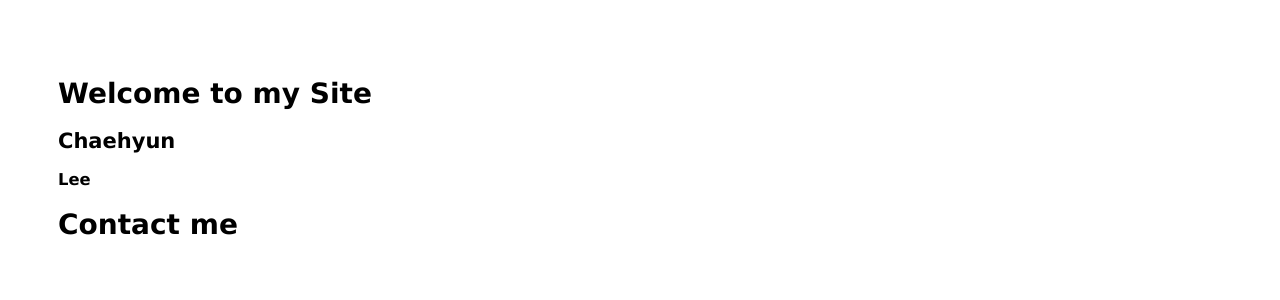
Repository: AndyLeeJP/COMP229Assignment2
Page: http://localhost/
These files come from the project's save history. The page is drawn as it stood at one moment and after the next save; the edit follows.
The browser window is 1280 px wide. The pictures show the whole page.
The page is served by the project's Node server (server.js).

Above is the page before, as saved 2021-06-02 21:51:07.

### views/index.ejs
<!DOCTYPE html>
<html>
  <head>
    <title><%= title %></title>
    <link rel='stylesheet' href='/stylesheets/style.css' />
  </head>
  <body>
    <header>
      <%- include("components/header.ejs"); %>
    </header>

    <main>
      <%- include("content/" + page + ".ejs"); %>
    </main>

    <footer>
      <%- include("components/footer.ejs"); %>
    </footer>
  </body>
</html>

### views/components/header.ejs
<h1>Welcome to my Site</h1>

### views/content/home.ejs

<h2>Chaehyun</h2>
<h3>Lee</h3>

### views/components/footer.ejs
<h1>Contact me</h1>

### server.js
/**
 * Module dependencies.
 */

var app = require('./app');
var debug = require('debug')('comp229assignment1:server');
var http = require('http');

/**
 * Get port from environment and store in Express.
 */

var port = normalizePort(process.env.PORT || '3000');
app.set('port', port);

/**
 * Create HTTP server.
 */

var server = http.createServer(app);

/**
 * Listen on provided port, on all network interfaces.
 */

server.listen(port);
server.on('error', onError);
server.on('listening', onListening);

/**
 * Normalize a port into a number, string, or false.
 */

function normalizePort(val) {
  var port = parseInt(val, 10);

  if (isNaN(port)) {
    // named pipe
    return val;
  }

  if (port >= 0) {
    // port number
    return port;
  }

  return false;
}

/**
 * Event listener for HTTP server "error" event.
 */

function onError(error) {
  if (error.syscall !== 'listen') {
    throw error;
  }

  var bind = typeof port === 'string'
    ? 'Pipe ' + port
    : 'Port ' + port;

  // handle specific listen errors with friendly messages
  switch (error.code) {
    case 'EACCES':
      console.error(bind + ' requires elevated privileges');
      process.exit(1);
      break;
    case 'EADDRINUSE':
      console.error(bind + ' is already in use');
      process.exit(1);
      break;
    default:
      throw error;
  }
}

/**
 * Event listener for HTTP server "listening" event.
 */

function onListening() {
  var addr = server.address();
  var bind = typeof addr === 'string'
    ? 'pipe ' + addr
    : 'port ' + addr.port;
  debug('Listening on ' + bind);
}

### routes/index.js
var express = require('express');
var router = express.Router();

/* GET home page. */
router.get('/', function(req, res, next) {
  res.render('index', { title: 'Express', page: 'home' });
});

router.get('/about', function(req, res, next) {
  res.render('index', { title: 'About Me', page: 'about' });
});

module.exports = router;

### app.js
var createError = require('http-errors');
var express = require('express');
var path = require('path');
var cookieParser = require('cookie-parser');
var logger = require('morgan');

var indexRouter = require('./routes/index');

var app = express();

// view engine setup
app.set('views', path.join(__dirname, 'views'));
app.set('view engine', 'ejs');

app.use(logger('dev'));
app.use(express.json());
app.use(express.urlencoded({ extended: false }));
app.use(cookieParser());
app.use(express.static(path.join(__dirname, 'public')));

app.use('/', indexRouter);

// catch 404 and forward to error handler
app.use(function(req, res, next) {
  next(createError(404));
});

// error handler
app.use(function(err, req, res, next) {
  // set locals, only providing error in development
  res.locals.message = err.message;
  res.locals.error = req.app.get('env') === 'development' ? err : {};

  // render the error page
  res.status(err.status || 500);
  res.render('error');
});

module.exports = app;

Loaded but not shown: public/stylesheets/style.css (common file)

After the next save:
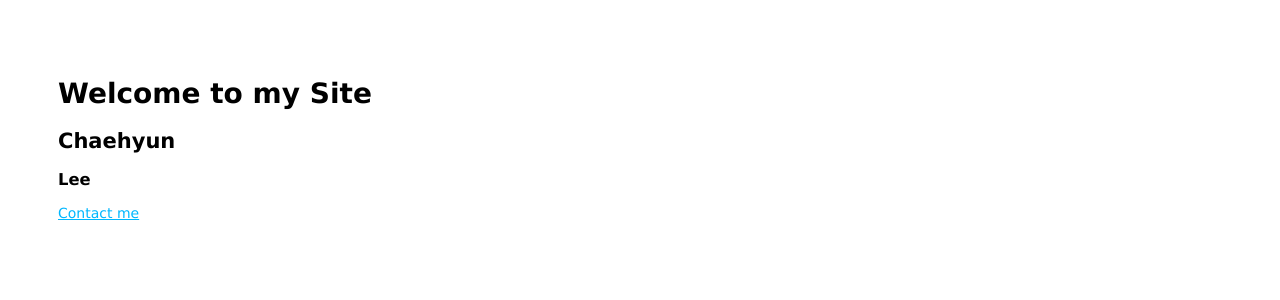
Saved 90 s later.
--- a/views/components/footer.ejs
+++ b/views/components/footer.ejs
@@ -1 +1 @@
-<h1>Contact me</h1>
+<a href="contactme.ejs">Contact me</a>
